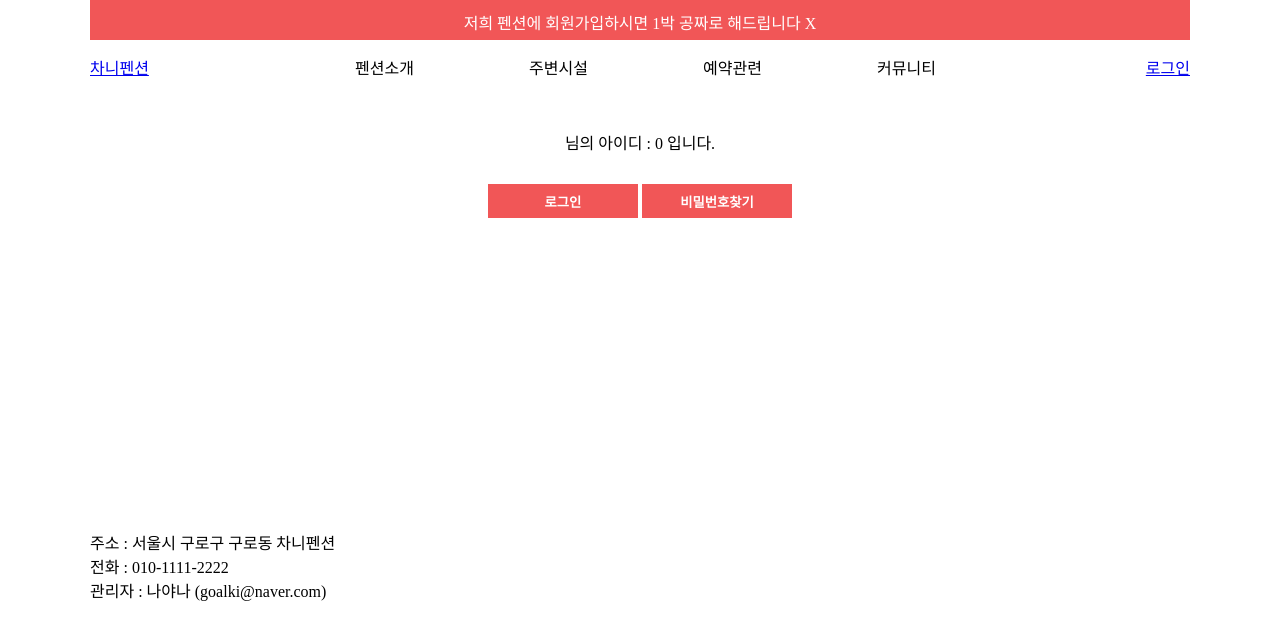
Repository: goalki/pension
Page: http://localhost/pension/login/userid_search_ok.jsp
These files come from the project's save history. The page is drawn as it stood at one moment and after the next save; the edit follows.
The browser window is 1280 px wide. The pictures show the whole page.
The page is served by Tomcat 9. Queries for data that is not in the repository find no rows.

Above is the page before, as saved 2021-01-18 06:12:22.

After the next save:
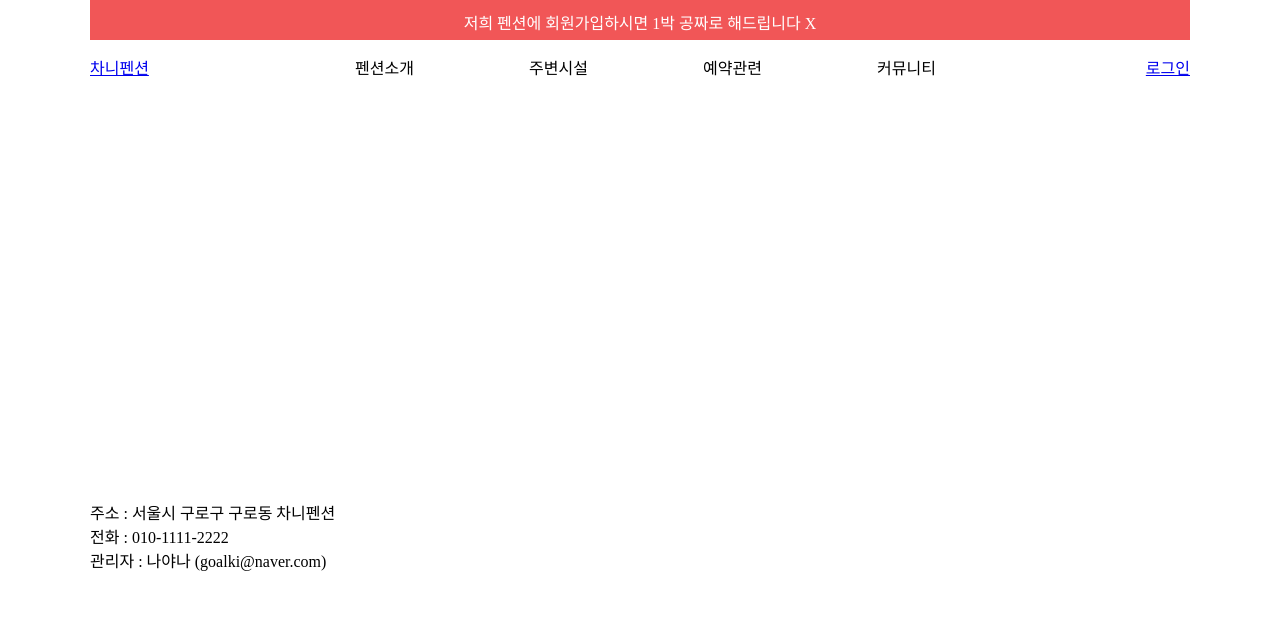
Saved 3 min 48 s later.
--- a/pension/WebContent/login/userid_search_ok.jsp
+++ b/pension/WebContent/login/userid_search_ok.jsp
@@ -37,11 +37,13 @@
    </style>
 
  <div id="section">
+  <c:if test="${userid != 0}">
    <div id="userid"> ${name}님의 아이디 : ${userid} 입니다.</div>
    <div id="button">
      <input type="button" onclick="location='login.jsp'" value="로그인">
      <input type="button" onclick="location='pwd_search.jsp'" value="비밀번호찾기">
    </div>
+  </c:if>
  </div>
 
 <%@ include file="../bottom.jsp" %>
